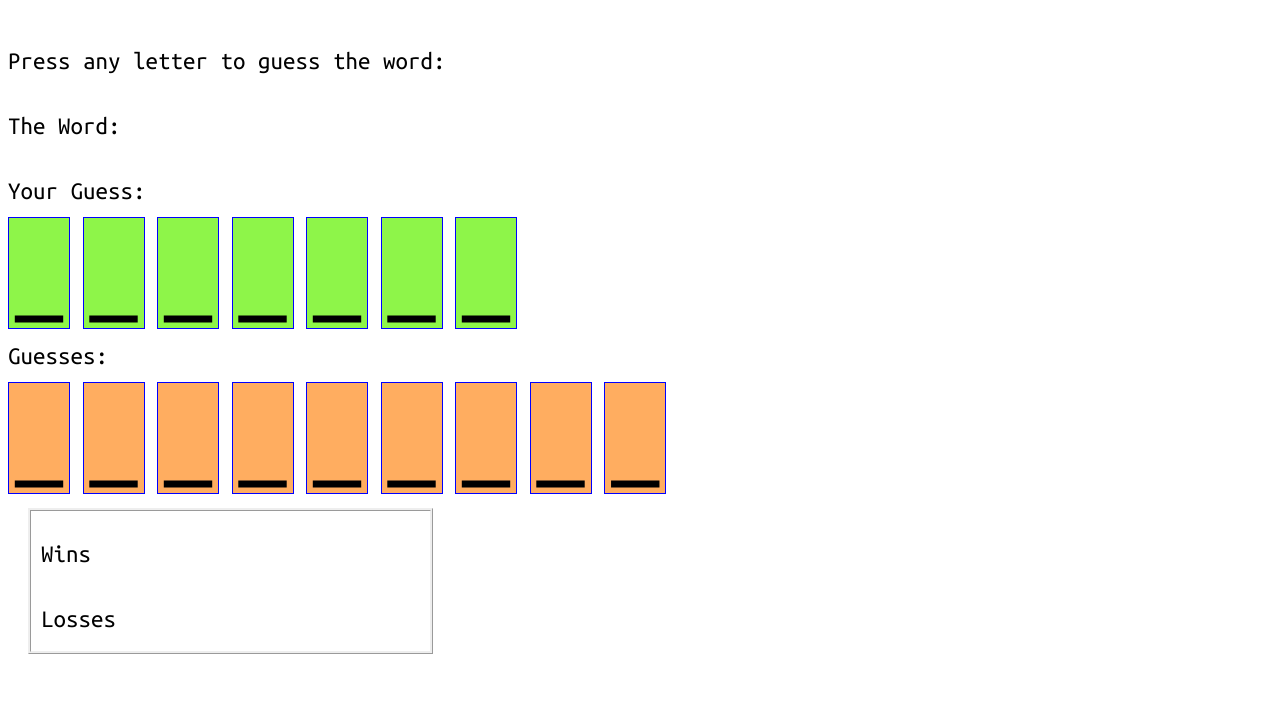
Repository: dsaftler/JavaScript
Page: index.html
The author's editor kept a copy of each file at every save. The page is drawn from the files as they stood at one save, then again after the next save.
The browser window is 1280 px wide. The pictures show the whole page.

Above is the page before, as saved 2019-03-30 22:17:59.

### index.html
<!DOCTYPE html>
<html lang="en">
<head>
  <meta charset="UTF-8">
  <meta name="viewport" content="width=device-width, initial-scale=1.0">
  <meta http-equiv="X-UA-Compatible" content="ie=edge">
  <link href="https://fonts.googleapis.com/css?family=Ubuntu+Mono" rel="stylesheet">
  <link rel="stylesheet" href="assets\css\style.css">

  <title>JavaScript Hangman Game</title>
</head>
<body>
    <div class="container showtext">
        <div class="instructions showtext">Press any letter to guess the word: </div>
        <span>
         <div class="word showtext">The Word:</div>
         <div id="correctWord" class="floater"></div>
        </span>
         <div id="curGuess" class="word showtext">Your Guess: </div>
         <div class="letter match" id="chr_0">_</div>
         <div class="letter match" id="chr_1">_</div>
         <div class="letter match" id="chr_2">_</div>
         <div class="letter match" id="chr_3">_</div>
         <div class="letter match" id="chr_4">_</div>
         <div class="letter match" id="chr_5">_</div>
         <div class="letter match" id="chr_6">_</div>


        <div class="guesses showtext" id="showRemaining">Guesses: </div>

        <div class="letter guessed" id="guess_0">_</div>
        <div class="letter guessed" id="guess_1">_</div>
        <div class="letter guessed" id="guess_2">_</div>
        <div class="letter guessed" id="guess_3">_</div>
        <div class="letter guessed" id="guess_4">_</div>
        <div class="letter guessed" id="guess_5">_</div>
        <div class="letter guessed" id="guess_6">_</div>
        <div class="letter guessed" id="guess_7">_</div>
        <div class="letter guessed" id="guess_8">_</div>


      <div class="score">
      <div class="showtext" id="showWins">Wins</div>
      <div class="showtext" id="showLosses">Losses</div>
      </div>
    </div>

    <script type="text/javascript" src="assets/javascript/game.js"></script>


</body>
</html>

### assets/css/style.css
body {font-family: 'Ubuntu mono', sans-serif;
font-weight: 400}
.showtext {height:35px;
padding: 20px 0 10px;
font-size: 25px;}
.letter {font-size: 100px;
  display: inline;
  padding: 5px;}
.match {
  border: 1px solid blue;
  background-color: rgb(142, 245, 73)}
.guessed {
  font-weight: 100;
  border: 1px solid blue;
  background-color: rgb(255, 173, 96)}
.floater {
  float: left
}
.score{
  margin-top: 20px;
  margin-left: 20px;
  padding:10px;
  height:120px;
  width: 30%;
  border-style: ridge}

### assets/javascript/game.js

// Variables
var wordArr
var cntWins,
  curCntGuess,
  ltr_0,
  ltr_1,
  ltr_2,
  ltr_3,
  ltr_4,
  ltr_5,
  ltr_6;

 var ltrTried_0,
  ltrTried_1,
  ltrTried_2,
  ltrTried_3,
  ltrTried_4,
  ltrTried_5,
  ltrTried_6,
  ltrTried_7,
  ltrTried_8,
  ltrTried_9 ;

var maxGuesses=9
var  cntWins=0;
var userGuess;
// within the game
// while wordArr.length>0
//while (wordArr.length>0) {
var curPtr,curCntGuess,
  curLetter,curWord,myWord,
  badGuess, curWordArr,builtWord,
  isFound,
  curPtr=0,
  firstTime=true;

  console.log('firstTime:' +firstTime)
  wordArr= ["unicorn","griffin","dragon","mermaid","centaur","pegasus"];
initGame();

document.onkeydown = function(event){
  isFound=false
  // Determines which key was pressed.
  var userGuess = event.key;
  userGuess=userGuess.toLowerCase()
  console.log("userGuess: "+userGuess);
  // is userGuess already in badGuess
  showValue("curGuess",userGuess);

  for (let i=0; i<badGuess.length; i++) {
        //See if that letter was already chosen by parsing badGuess
    if (badGuess[i]===userGuess){
      alert("You alread guessed "+userGuess)
      isFound=true
    }
  }
                //see if it's in the target word
                // for every letter in curWord, see if that letter exists at that index  charAt(index)
  console.log("curWordArr "+curWordArr)
  if (!isFound)
  {
    for (let i=0; i<curWordArr.length; i++)
    {
                  //if index [j]is blank and matches our guess

      if (curWordArr[i]===userGuess)
      {
        console.log("curWordArr "+i+'='+curWordArr[i])
        builtWord[i]=userGuess
                 //set getElementId for that index (see if I can create a variable "ltr_"+(toString([j]))
        //id="chr_0"
        el='chr_'+i
        showValue(el,userGuess)
        //getElementById(el).textContent:userGuess;
        isFound=true
      }
    }
  }
  if (!isFound)
  {
    el="guess_"+badGuess.length;
    showValue(el,userGuess)  ;
    // push to badGuess
      badGuess.push(userGuess);
      console.log("badGuess: "+badGuess)
      curCntGuess++
      console.log("curCntGuess :" +curCntGuess)
      // push content for ltrTried ids
      // show content for badguesses
  }



  if (curCntGuess>=maxGuesses){
      alert('You lost')
      showValue("correctWord",curWord)
      nextWord()
  } else {
    if (collapseArray()===curWord){
      alert("You won")
      nextWord()
    } else {
      myWord=''
    }
  }

}


function initGame(){
  allLetters = document.querySelectorAll('.letter');
  allLetters.forEach(element => {
    element.textContent = '_';
  });
  curCntGuess = 0;
  curLetter="";
  curWord="";
  myWord="";
  badGuess = [];
  curWordArr=[];
  builtWord=[];
  console.log("WordArr aft: "+wordArr)
  console.log("wordArr.length: "+wordArr.length)
  curPtr=getRandomPtr(wordArr.length); //0
  console.log("curPtr: "+curPtr)
  //curWordArr = array the word at that index
  curWord=wordArr[curPtr];   //unicorn
  console.log("curWord: "+curWord)
  for (let i=0; i<curWord.length; i++){
    myLetter=curWord.charAt([i]);
    //console.log(myLetter);
    curWordArr.push(myLetter);
  }
  //clear the ltrTried & ltr elements
  //console.log(curPtr);
  //console.log(curWord);
  console.log("curWordArr "+curWordArr)
}

function nextWord(){
  console.log("Word Arr b4: " +wordArr)
  wordArr.splice(curPtr,1)
  // var newArr=Array.from(wordArr)
  // console.log("WordArr aft: "+wordArr)
  // console.log("newArr aft: "+newArr)
  // console.log("wordArr.length: "+wordArr.length)
  // console.log("newArr length: "+newArr.length)
  // wordArr=[];
  // wordArr=Array.from(newArr)
  // console.log("WordArr from newArr: "+wordArr)
  // console.log("wordArr.length: "+wordArr.length)

  if (wordArr.length===0){
    alert("End of Game")
  }else{
    initGame()
  }
}
function showValue(thisId,thisValue){
  var target=document.getElementById(thisId);
  console.log(thisValue)
  console.log(thisId)
  target.innerHTML=thisValue;
}
function addValue(thisId,thisValue){
  var target=document.getElementById(thisId);
  target.innerHTML=target.innerHTML+thisValue;
}
function collapseArray(){

  for (let k=0; k<builtWord.length; k++) {
    localVal=builtWord[k]
    if (typeof(localVal)!='undefined') {
   // console.log("myWord length: "+myWord.length+ " K is "+localVal)
    myWord=myWord+localVal
   //console.log("myWord "+myWord)
    }
  }
  return myWord
}


function getUserGuess() {
  var userGuess= document.getElementById("getKeyPress");
  userGuess=userGuess.toLowerCase();


  }



function getRandomPtr(max) {
      return Math.floor(Math.random() * Math.floor(max));
      // this will return 0 through max-1
}
function getRandomInt(max) {
  return getRandomPtr(max)+1
  // this will return 1 through max
}

After the next save:
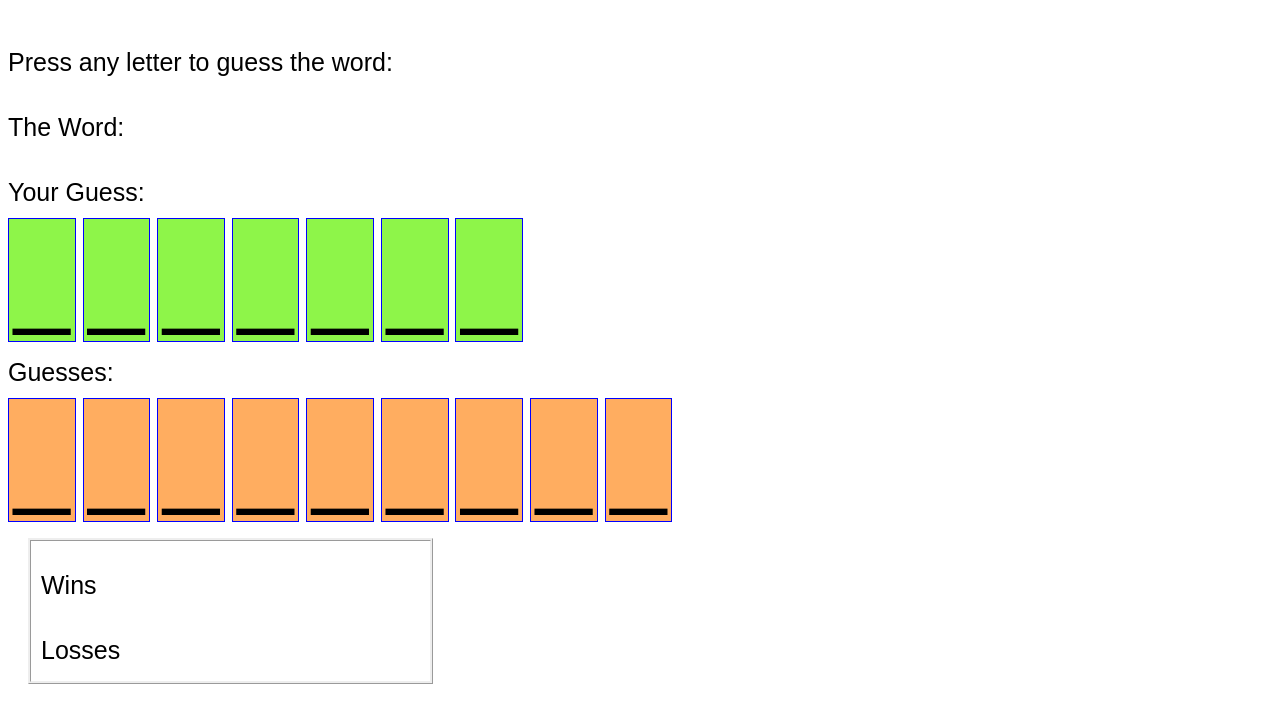
Saved 3 min 25 s later.
--- a/assets/css/style.css
+++ b/assets/css/style.css
@@ -1,4 +1,4 @@
-body {font-family: 'Ubuntu mono', sans-serif;
+body {font-family: 'Ubuntu Monospace', sans-serif;
 font-weight: 400}
 .showtext {height:35px;
 padding: 20px 0 10px;
